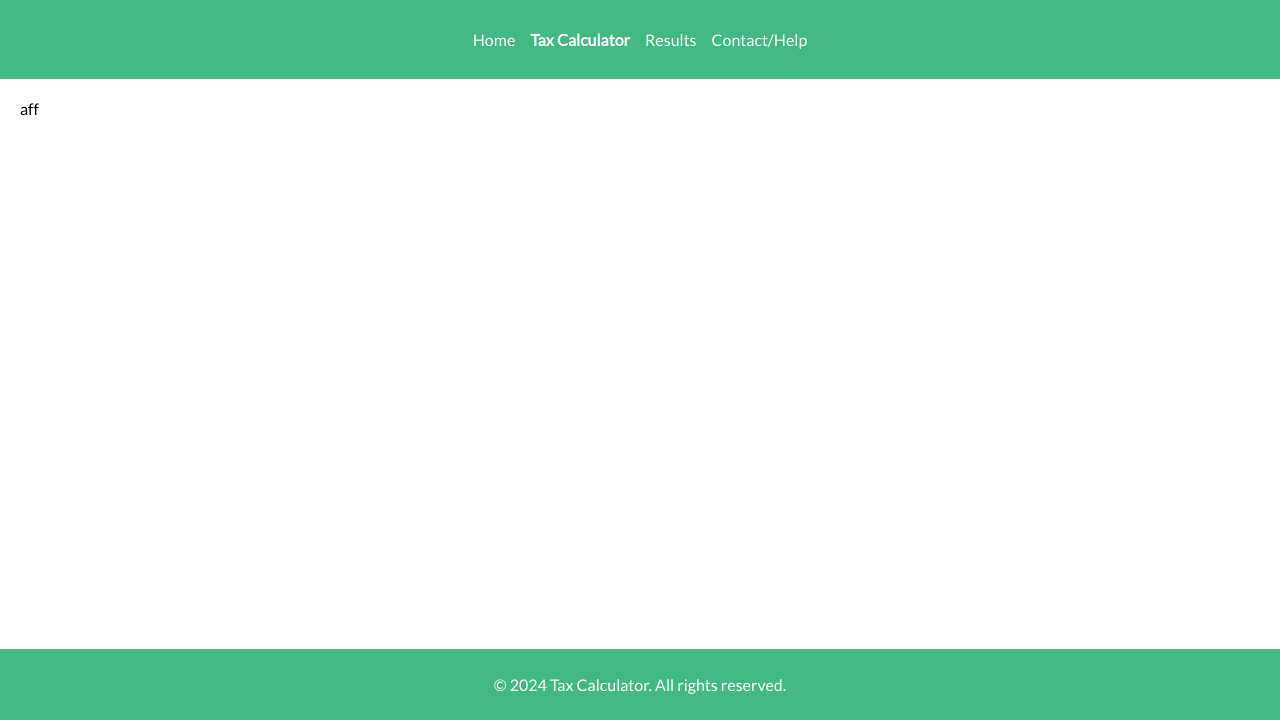
Repository: Tracy-maker/tax_calculator
Page: /calculator
The author's editor kept a copy of each file at every save. The page is drawn from the files as they stood at one save, then again after the next save.
The browser window is 1280 px wide. The pictures show the whole page.
The project was rebuilt for these pictures with package versions that can differ from the ones it lists, and the page was loaded fresh each time. Also part of the build but not shown: vite.config.js, src/components/page/HomePage.vue, src/components/page/ResultPage.vue, src/components/page/ContactHelp.vue.

Above is the page before, as saved 2024-06-26 20:38:33.

After the next save:
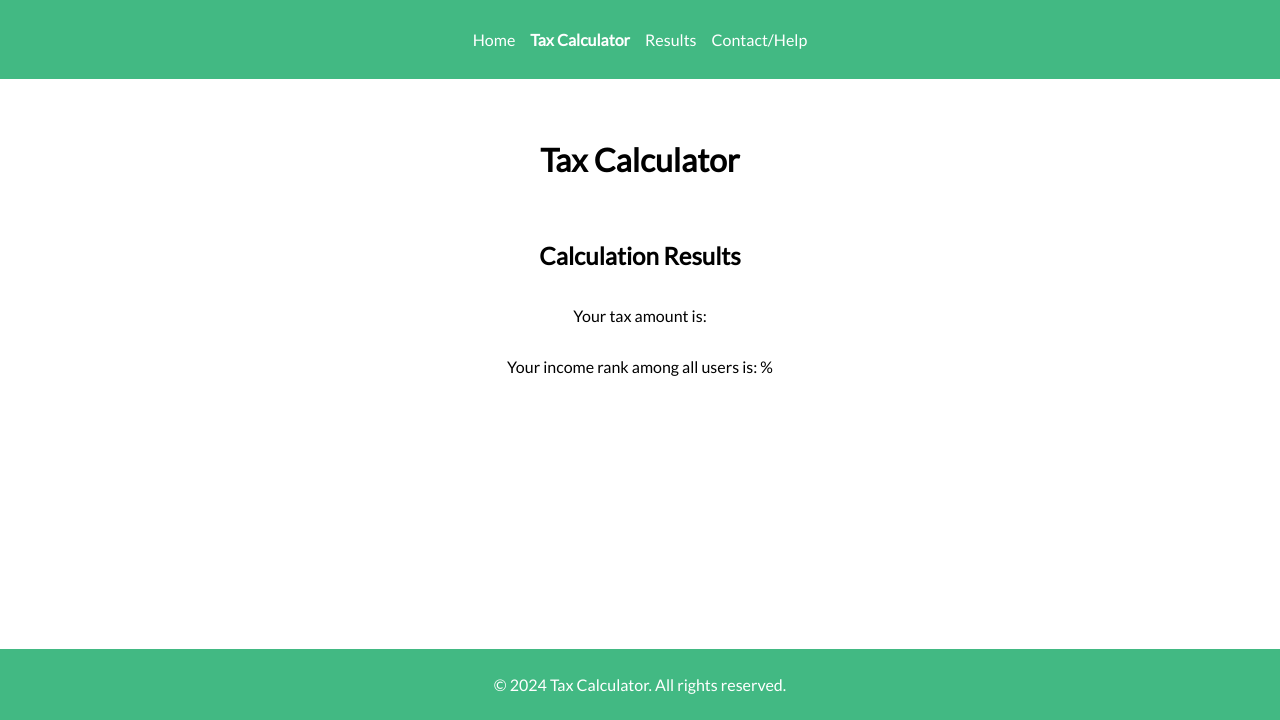
Saved 2 h 35 min later.
--- a/src/components/page/TaxCalculator.vue
+++ b/src/components/page/TaxCalculator.vue
@@ -1 +1,20 @@
-<template>aff</template>
+<template>
+  <div class="calculator">
+    <h1>Tax Calculator</h1>
+    <form @submit.prevent>
+      <EmploymentTypeSelect
+        :employmentType="employmentType"
+        @update:employmentType="employmentType = $event"
+      />
+      <IncomeTypeSelect :incomeType="incomeType" @update:incomeType="incomeType = $event" />
+      <IncomeInput :income="income" @update:income="income = $event" />
+      <DeductionsInput :deductions="deductions" @update:deductions="deductions = $event" />
+      <CreditsInput :credits="credits" @update:credits="credits = $event" />
+    </form>
+    <div v-if="taxAmount !== null" class="results">
+      <h2>Calculation Results</h2>
+      <p>Your tax amount is: {{ taxAmount }}</p>
+      <p>Your income rank among all users is: {{ incomeRank }}%</p>
+    </div>
+  </div>
+</template>
